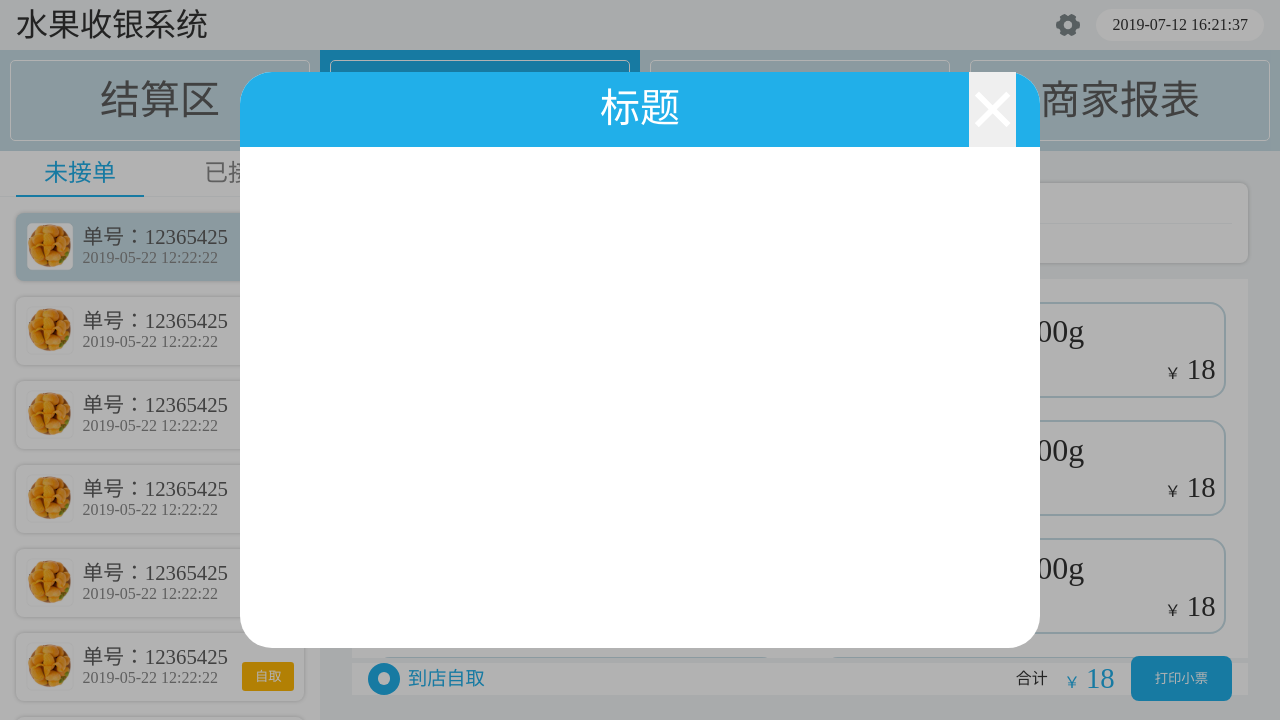
Repository: missing-star/fruit
Page: index.html
The author's editor kept a copy of each file at every save. The page is drawn from the files as they stood at one save, then again after the next save.
The browser window is 1280 px wide. The pictures show the whole page.
An inner scrolling area shows only its first screen.

Above is the page before, as saved 2019-07-15 09:54:10.

After the next save:
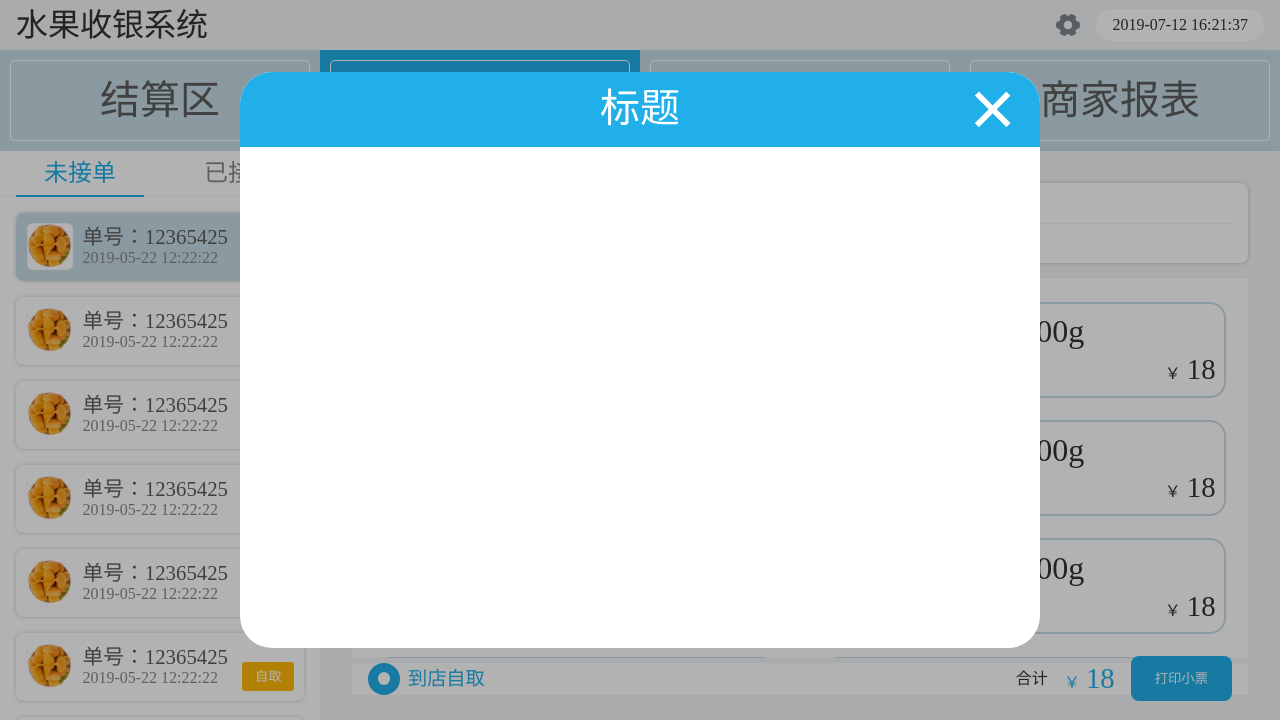
Saved 10 s later.
--- a/css/index.css
+++ b/css/index.css
@@ -709,4 +709,5 @@ button.dialog-close {
     vertical-align: c;
     display: flex;
     align-items: center;
-}
+    background: transparent;
+}
